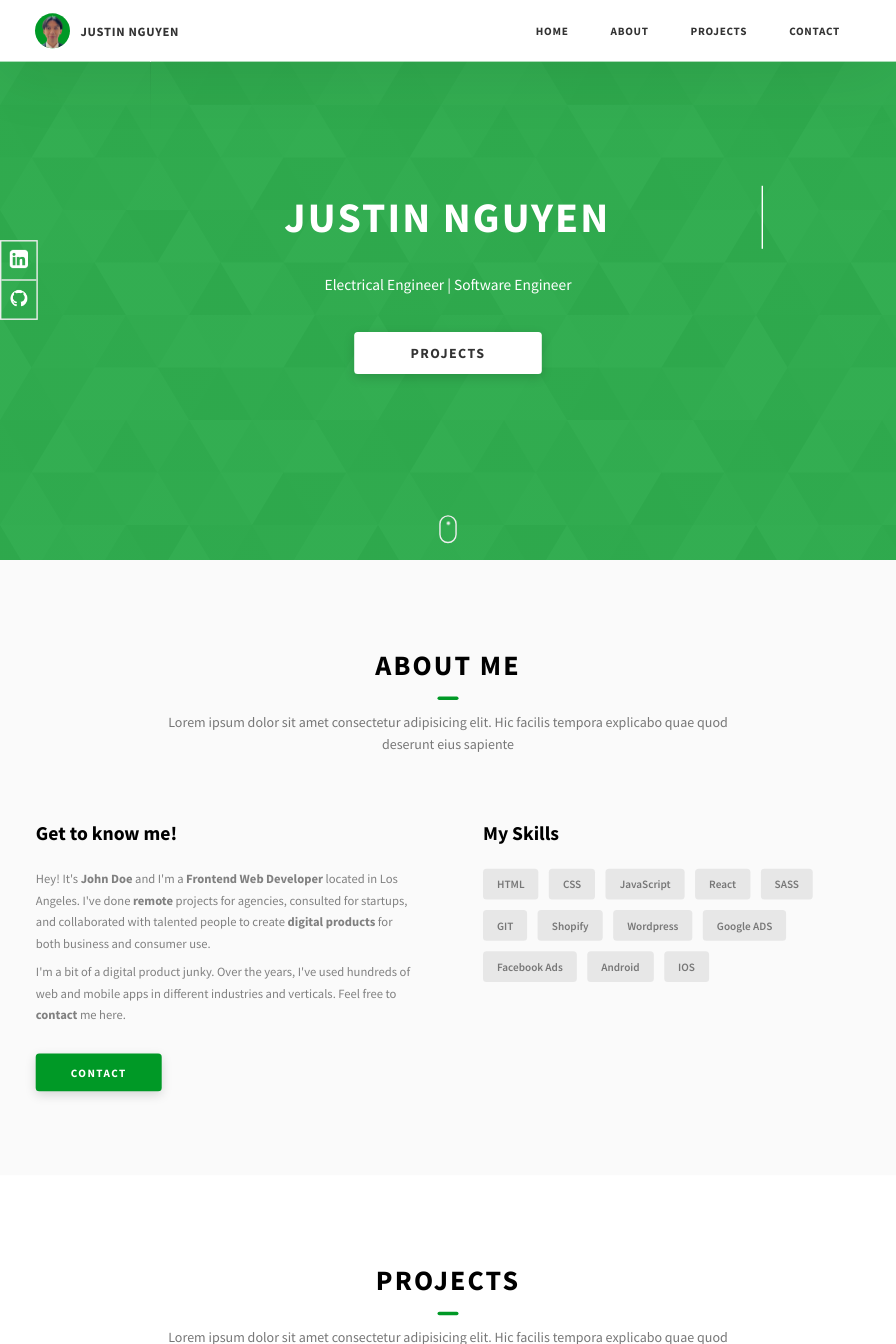
Repository: justinknguyen/Personal-Portfolio
Page: index.html
An editor plug-in stored every save of this project. The page is shown before and after the next save, followed by the edit.
The browser window is 1280 px wide. The pictures show the part of the page from y = 0 to 1920 px (the page is 5203 px tall), at 70% of full size.
The style sheet was rebuilt from its Sass, Less or Tailwind sources for each picture, by a compiler version that may differ from the author's.

Above is the page before, as saved 2022-09-02 11:05:33.

### index.html
<!DOCTYPE html>
<html lang="en">
  <head>
    <meta charset="UTF-8" />
    <meta name="viewport" content="width=device-width, initial-scale=1.0" />
    <meta http-equiv="X-UA-Compatible" content="ie=edge" />
    <title>Justin Nguyen</title>
    <meta name="description" content="Portfolio Template for Developer" />

    <link rel="stylesheet" href="css/style.css" />
    <link rel="icon" href="./assets/png/favicon.png">

    <link rel="preconnect" href="https://fonts.googleapis.com" />
    <link rel="preconnect" href="https://fonts.gstatic.com" crossorigin />
    <link
      href="https://fonts.googleapis.com/css2?family=Source+Sans+Pro:wght@400;600;700;900&display=swap"
      rel="stylesheet"
    />
  </head>
  <body>
    <!-- **** Header of Homepage **** -->
    <header class="header">
      <div class="header__content">
        <div class="header__logo-container">
          <div class="header__logo-img-cont">
            <img
              src="./assets/png/justin.png"
              alt="Justin Nguyen Logo Image"
              class="header__logo-img"
            />
          </div>
          <span class="header__logo-sub">Justin Nguyen</span>
        </div>
        <div class="header__main">
          <ul class="header__links">
            <li class="header__link-wrapper">
              <a href="./index.html" class="header__link"> Home </a>
            </li>
            <li class="header__link-wrapper">
              <a href="./index.html#about" class="header__link">About </a>
            </li>
            <li class="header__link-wrapper">
              <a href="./index.html#projects" class="header__link">
                Projects
              </a>
            </li>
            <li class="header__link-wrapper">
              <a href="./index.html#contact" class="header__link"> Contact </a>
            </li>
          </ul>
          <div class="header__main-ham-menu-cont">
            <img
              src="./assets/svg/ham-menu.svg"
              alt="hamburger menu"
              class="header__main-ham-menu"
            />
            <img
              src="./assets/svg/ham-menu-close.svg"
              alt="hamburger menu close"
              class="header__main-ham-menu-close d-none"
            />
          </div>
        </div>
      </div>
      <div class="header__sm-menu">
        <div class="header__sm-menu-content">
          <ul class="header__sm-menu-links">
            <li class="header__sm-menu-link">
              <a href="./index.html"> Home </a>
            </li>

            <li class="header__sm-menu-link">
              <a href="./index.html#about"> About </a>
            </li>

            <li class="header__sm-menu-link">
              <a href="./index.html#projects"> Projects </a>
            </li>

            <li class="header__sm-menu-link">
              <a href="./index.html#contact"> Contact </a>
            </li>
          </ul>
        </div>
      </div>
    </header>
    <!-- END Header -->

    <!-- **** Hero Section of Homepage **** -->
    <section class="home-hero">
      <div class="home-hero__content">

        <!-- <div class="container"> -->
          <div class="typed-out">
            <h1 class="heading-primary">Justin Nguyen</h1>
          </div>
        <!-- </div> -->

        <div class="home-hero__info">
          <p class="text-primary">
            Electrical Engineer | Software Engineer
          </p>
        </div>
        <div class="home-hero__cta">
          <a href="./#projects" class="btn btn--bg">Projects</a>
        </div>
      </div>
      <div class="home-hero__socials">
        <div class="home-hero__social">
          <a
            href="https://www.linkedin.com/in/justin-nguyen-194339184"
            class="home-hero__social-icon-link"
          >
            <img
              src="./assets/png/linkedin-ico.png"
              alt="icon"
              class="home-hero__social-icon"
            />
          </a>
        </div>
        <div class="home-hero__social">
          <a
            href="https://github.com/justinknguyen"
            class="home-hero__social-icon-link home-hero__social-icon-link--bd-none"
          >
            <img
              src="./assets/png/github-ico.png"
              alt="icon"
              class="home-hero__social-icon"
            />
          </a>
        </div>
      </div>
      <div class="home-hero__mouse-scroll-cont">
        <div class="mouse"></div>
      </div>
    </section>
    <!-- /END Hero Section -->

    <!-- **** About Section of Homepage **** -->
    <section id="about" class="about sec-pad">
      <div class="main-container">
        <h2 class="heading heading-sec heading-sec__mb-med">
          <span class="heading-sec__main">About Me</span>
          <span class="heading-sec__sub">
            Lorem ipsum dolor sit amet consectetur adipisicing elit. Hic facilis
            tempora explicabo quae quod deserunt eius sapiente
          </span>
        </h2>
        <div class="about__content">
          <div class="about__content-main">
            <h3 class="about__content-title">Get to know me!</h3>
            <div class="about__content-details">
              <p class="about__content-details-para">
                Hey! It's
                <strong>John Doe</strong>
                and I'm a <strong> Frontend Web Developer </strong> located in
                Los Angeles. I've done
                <strong> remote </strong>
                projects for agencies, consulted for startups, and collaborated
                with talented people to create
                <strong>digital products </strong>
                for both business and consumer use.
              </p>
              <p class="about__content-details-para">
                I'm a bit of a digital product junky. Over the years, I've used
                hundreds of web and mobile apps in different industries and
                verticals. Feel free to
                <strong>contact</strong> me here.
              </p>
            </div>
            <a href="./#contact" class="btn btn--med btn--theme dynamicBgClr"
              >Contact</a
            >
          </div>
          <div class="about__content-skills">
            <h3 class="about__content-title">My Skills</h3>
            <div class="skills">
              <div class="skills__skill">HTML</div>
              <div class="skills__skill">CSS</div>
              <div class="skills__skill">JavaScript</div>
              <div class="skills__skill">React</div>
              <div class="skills__skill">SASS</div>
              <div class="skills__skill">GIT</div>
              <div class="skills__skill">Shopify</div>
              <div class="skills__skill">Wordpress</div>
              <div class="skills__skill">Google ADS</div>
              <div class="skills__skill">Facebook Ads</div>
              <div class="skills__skill">Android</div>
              <div class="skills__skill">IOS</div>
            </div>
          </div>
        </div>
      </div>
    </section>
    <!-- END About Section -->

    <!-- **** Projects Section of Homepage **** -->
    <section id="projects" class="projects sec-pad">
      <div class="main-container">
        <h2 class="heading heading-sec heading-sec__mb-bg">
          <span class="heading-sec__main">Projects</span>
          <span class="heading-sec__sub">
            Lorem ipsum dolor sit amet consectetur adipisicing elit. Hic facilis
            tempora explicabo quae quod deserunt eius sapiente
          </span>
        </h2>

        <div class="projects__content">
          <div class="projects__row">
            <div class="projects__row-img-cont">
              <img
                src="./assets/jpeg/project-mockup-example.jpeg"
                alt="Software Screenshot"
                class="projects__row-img"
                loading="lazy"
              />
            </div>
            <div class="projects__row-content">
              <h3 class="projects__row-content-title">Project 1</h3>
              <p class="projects__row-content-desc">
                Lorem ipsum dolor sit amet consectetur adipisicing elit. Hic
                facilis tempora, explicabo quae quod deserunt eius sapiente
                praesentium.
              </p>
              <a
                href="./project-1.html"
                class="btn btn--med btn--theme dynamicBgClr"
                target="_blank"
                >Case Study</a
              >
            </div>
          </div>
          <div class="projects__row">
            <div class="projects__row-img-cont">
              <img
                src="./assets/jpeg/project-mockup-example.jpeg"
                alt="Software Screenshot"
                class="projects__row-img"
                loading="lazy"
              />
            </div>
            <div class="projects__row-content">
              <h3 class="projects__row-content-title">Project 2</h3>
              <p class="projects__row-content-desc">
                Lorem ipsum dolor sit amet consectetur adipisicing elit. Hic
                facilis tempora, explicabo quae quod deserunt eius sapiente
                praesentium.
              </p>
              <a
                href="./project-2.html"
                class="btn btn--med btn--theme dynamicBgClr"
                target="_blank"
                >Case Study</a
              >
            </div>
          </div>
          <div class="projects__row">
            <div class="projects__row-img-cont">
              <img
                src="./assets/jpeg/project-mockup-example.jpeg"
                alt="Software Screenshot"
                class="projects__row-img"
                loading="lazy"
              />
            </div>
            <div class="projects__row-content">
              <h3 class="projects__row-content-title">Project 3</h3>
              <p class="projects__row-content-desc">
                Lorem ipsum dolor sit amet consectetur adipisicing elit. Hic
                facilis tempora, explicabo quae quod deserunt eius sapiente
                praesentium.
              </p>
              <a
                href="./project-3.html"
                class="btn btn--med btn--theme dynamicBgClr"
                target="_blank"
                >Case Study</a
              >
            </div>
          </div>
        </div>
      </div>
    </section>
    <!-- END Projects Section -->

    <!-- **** Contact Section of Homepage **** -->
    <section id="contact" class="contact sec-pad dynamicBg">
      <div class="main-container">
        <h2 class="heading heading-sec heading-sec__mb-med">
          <span class="heading-sec__main heading-sec__main--lt">Contact</span>
          <span class="heading-sec__sub heading-sec__sub--lt">
            Lorem ipsum dolor sit amet consectetur adipisicing elit. Hic facilis
            tempora explicabo quae quod deserunt eius sapiente
          </span>
        </h2>
        <div class="contact__form-container">
          <form action="#" class="contact__form">
            <div class="contact__form-field">
              <label class="contact__form-label" for="name">Name</label>
              <input
                required
                placeholder="Enter Your Name"
                type="text"
                class="contact__form-input"
                name="name"
                id="name"
              />
            </div>
            <div class="contact__form-field">
              <label class="contact__form-label" for="email">Email</label>
              <input
                required
                placeholder="Enter Your Email"
                type="text"
                class="contact__form-input"
                name="email"
                id="email"
              />
            </div>
            <div class="contact__form-field">
              <label class="contact__form-label" for="message">Message</label>
              <textarea
                required
                cols="30"
                rows="10"
                class="contact__form-input"
                placeholder="Enter Your Message"
                name="message"
                id="message"
              ></textarea>
            </div>
            <button type="submit" class="btn btn--theme contact__btn">
              Submit
            </button>
          </form>
        </div>
      </div>
    </section>
    <!-- END Contact Section -->

    <!-- **** Footer Section **** -->
    <footer class="main-footer">
      <div class="main-container">
        <div class="main-footer__upper">
          <div class="main-footer__row main-footer__row-1">
            <h2 class="heading heading-sm main-footer__heading-sm">
              <span>Social</span>
            </h2>
            <div class="main-footer__social-cont">
              <a target="_blank" rel="noreferrer" href="https://www.linkedin.com/in/justin-nguyen-194339184">
                <img
                  class="main-footer__icon"
                  src="./assets/png/linkedin-ico.png"
                  alt="icon"
                />
              </a>
              <a target="_blank" rel="noreferrer" href="https://github.com/justinknguyen">
                <img
                  class="main-footer__icon main-footer__icon--mr-none"
                  src="./assets/png/github-ico.png"
                  alt="icon"
                />
              </a>
            </div>
          </div>
          <div class="main-footer__row main-footer__row-2">
            <h4 class="heading heading-sm text-lt">Justin Nguyen</h4>
            <p class="main-footer__short-desc">
              Lorem ipsum dolor sit amet consectetur adipisicing elit facilis
              tempora explicabo quae quod deserunt
            </p>
          </div>
        </div>

        <!-- If you give me some credit or shoutout here by linking to my website, then it will be a big thing for me and will help me a lot :) -->
        <div class="main-footer__lower">
          &copy; Copyright 2021. Made by
          <a rel="noreferrer" target="_blank" href="https://rammaheshwari.com"
            >Ram Maheshwari</a
          >
        </div>
      </div>
    </footer>
    <!-- END Footer Section -->

    <script src="./index.js"></script>
  </body>
</html>

Loaded but not shown: css/style.css (722 lines, source omitted); index.js (no copy from this time; the picture is the same without it)

After the next save:
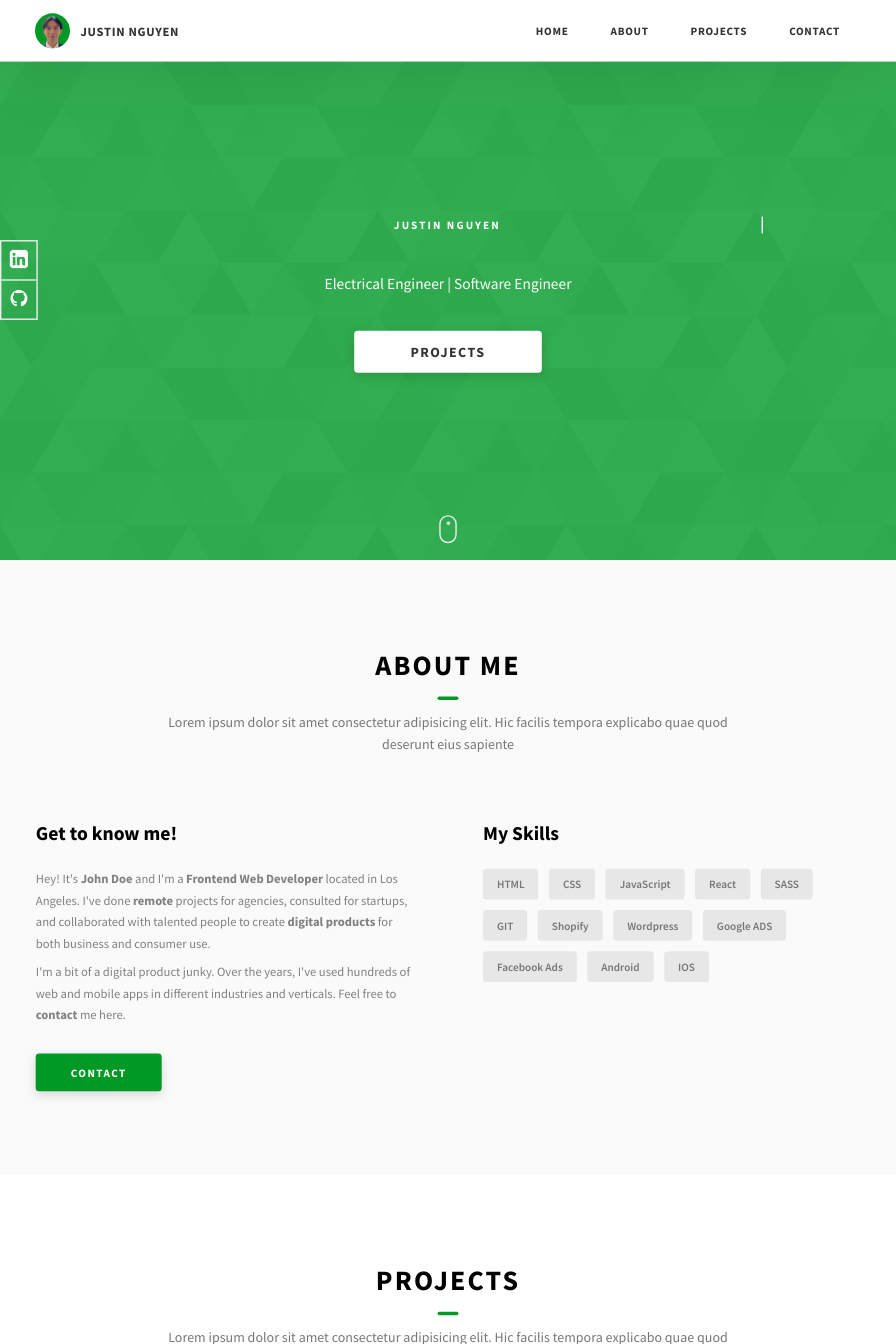
Saved 61 s later.
--- a/index.html
+++ b/index.html
@@ -91,9 +91,9 @@
       <div class="home-hero__content">
 
         <!-- <div class="container"> -->
-          <div class="typed-out">
-            <h1 class="heading-primary">Justin Nguyen</h1>
-          </div>
+          <!-- <div class="typed-out"> -->
+            <h1 class="heading-primary"><span class="typed-out">Justin Nguyen</span></h1>
+          <!-- </div> -->
         <!-- </div> -->
 
         <div class="home-hero__info">
